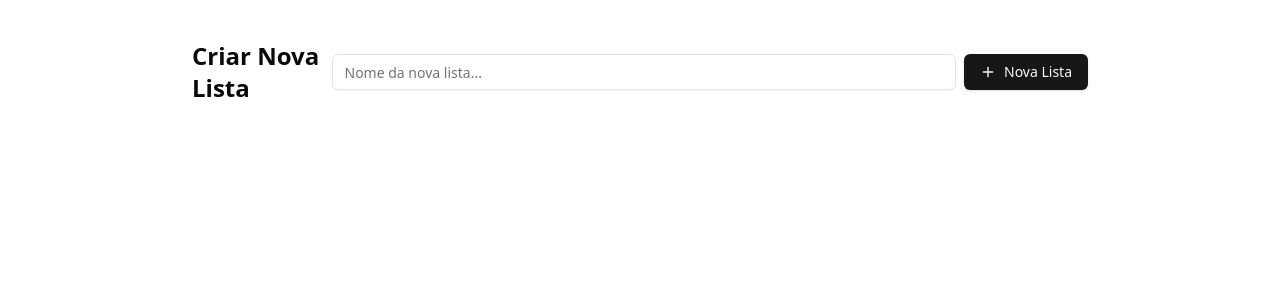
Repository: ribeirosacarlos/ts-frontend
Page: /
An editor plug-in stored every save of this project. The page is shown before and after the next save, followed by the edit.
The browser window is 1280 px wide. The pictures show the whole page.
The page's requests for data from a server got no answer. The project was rebuilt for these pictures with package versions that can differ from the ones it lists, and the page was loaded fresh each time. No one was signed in, and anything a server would have sent is missing. Also part of the build but not shown: vite.config.ts, src/components/ui/checkbox.tsx, src/components/ui/card.tsx.

Above is the page before, as saved 2025-05-15 15:53:18.

### src/App.tsx
import { useEffect, useState } from 'react'
import { Input } from "@/components/ui/input";
import { Button } from "@/components/ui/button";
import { Checkbox } from "@/components/ui/checkbox";
import { Card, CardContent } from "@/components/ui/card";
import { Trash2, Plus } from "lucide-react";

type Task = {
  id: number;
  to_do_list_id: number;
  description: string;
  is_completed: number;
  created_at: string;
  updated_at: string;
}

type TodoList = {
  id: number;
  name: string;
  created_at: string;
  updated_at: string;
  tasks: Task[];
}

function App() {
  const [todoLists, setTodoLists] = useState<TodoList[]>([]);
  const [newTasks, setNewTasks] = useState<{ [key: number]: string }>({});
  const [newListName, setNewListName] = useState("");

  useEffect(() => {
    fetchTodoLists();
  }, []);

  const fetchTodoLists = async () => {
    try {
      const response = await fetch("http://localhost:8080/api/to-do-lists");
      const data = await response.json();
      setTodoLists(data);
    } catch (error) {
      console.error("Erro ao buscar listas:", error);
    }
  };

  const createNewList = async () => {
    if (!newListName.trim()) return;

    try {
      await fetch("http://localhost:8080/api/to-do-lists", {
        method: "POST",
        headers: { "Content-Type": "application/json" },
        body: JSON.stringify({ name: newListName }),
      });
      setNewListName("");
      fetchTodoLists();
    } catch (error) {
      console.error("Erro ao criar lista:", error);
    }
  };

  const deleteList = async (listId: number) => {
    try {
      await fetch(`http://localhost:8080/api/to-do-lists/${listId}`, {
        method: "DELETE",
      });
      fetchTodoLists();
    } catch (error) {
      console.error("Erro ao excluir lista:", error);
    }
  };

  const createTask = async (listId: number) => {
    const taskDescription = newTasks[listId];
    if (!taskDescription?.trim()) return;

    try {
      await fetch("http://localhost:8080/api/tasks", {
        method: "POST",
        headers: { "Content-Type": "application/json" },
        body: JSON.stringify({
          description: taskDescription,
          to_do_list_id: listId
        }),
      });
      setNewTasks(prev => ({ ...prev, [listId]: "" }));
      fetchTodoLists();
    } catch (error) {
      console.error("Erro ao criar tarefa:", error);
    }
  };

  const toggleTask = async (task: Task) => {
    try {
      await fetch(`http://localhost:3333/tasks/${task.id}`, {
        method: "PUT",
        headers: { "Content-Type": "application/json" },
        body: JSON.stringify({
          is_completed: task.is_completed ? 0 : 1,
        }),
      });
      fetchTodoLists();
    } catch (error) {
      console.error("Erro ao atualizar tarefa:", error);
    }
  };

  const deleteTask = async (taskId: number) => {
    try {
      await fetch(`http://localhost:8080/api/tasks/${taskId}`, {
        method: "DELETE",
      });
      fetchTodoLists();
    } catch (error) {
      console.error("Erro ao excluir tarefa:", error);
    }
  };

  return (
    <div className="max-w-4xl mx-auto mt-10 space-y-8">
      <div className="flex gap-2 mb-8 items-center justify-between">
        <h2 className="text-2xl font-bold w-100">Criar Nova Lista</h2>
        <Input
          placeholder="Nome da nova lista..."
          value={newListName}
          onChange={(e: React.ChangeEvent<HTMLInputElement>) => setNewListName(e.target.value)}
          onKeyDown={(e: React.KeyboardEvent<HTMLInputElement>) => {
            if (e.key === "Enter") createNewList();
          }}
        />
        <Button onClick={createNewList} className="flex items-center gap-2">
          <Plus className="h-4 w-4" />
          Nova Lista
        </Button>
      </div>

      {todoLists.map((list) => (
        <div key={list.id} className="space-y-4">
          <div className="flex items-center justify-between">
            <h2 className="text-2xl font-bold">{list.name}</h2>
            <Button
              variant="ghost"
              size="icon"
              className="h-8 w-8"
              onClick={() => deleteList(list.id)}
            >
              <Trash2 className="h-4 w-4" />
            </Button>
          </div>

          <div className="flex gap-2">
            <Input
              placeholder="Digite uma nova tarefa..."
              value={newTasks[list.id] || ""}
              onChange={(e: React.ChangeEvent<HTMLInputElement>) =>
                setNewTasks(prev => ({ ...prev, [list.id]: e.target.value }))
              }
              onKeyDown={(e: React.KeyboardEvent<HTMLInputElement>) => {
                if (e.key === "Enter") createTask(list.id);
              }}
            />
            <Button onClick={() => createTask(list.id)}>Adicionar</Button>
          </div>

          <div className="space-y-2">
            {list.tasks.map((task) => (
              <Card key={task.id}>
                <CardContent className="flex items-center justify-between p-4">
                  <div className="flex items-center gap-2">
                    <Checkbox
                      checked={task.is_completed === 1}
                      onCheckedChange={() => toggleTask(task)}
                    />
                    <span
                      className={`${
                        task.is_completed === 1 ? "line-through text-gray-400" : ""
                      }`}
                    >
                      {task.description}
                    </span>
                  </div>
                  <Button
                    variant="ghost"
                    size="icon"
                    className="h-8 w-8"
                    onClick={() => deleteTask(task.id)}
                  >
                    <Trash2 className="h-4 w-4" />
                  </Button>
                </CardContent>
              </Card>
            ))}
          </div>
        </div>
      ))}
    </div>
  );
}

export default App

### src/components/ui/input.tsx
import * as React from "react"

import { cn } from "@/lib/utils"

const Input = React.forwardRef<HTMLInputElement, React.ComponentProps<"input">>(
  ({ className, type, ...props }, ref) => {
    return (
      <input
        type={type}
        className={cn(
          "flex h-9 w-full rounded-md border border-input bg-transparent px-3 py-1 text-base shadow-sm transition-colors file:border-0 file:bg-transparent file:text-sm file:font-medium file:text-foreground placeholder:text-muted-foreground focus-visible:outline-none focus-visible:ring-1 focus-visible:ring-ring disabled:cursor-not-allowed disabled:opacity-50 md:text-sm",
          className
        )}
        ref={ref}
        {...props}
      />
    )
  }
)
Input.displayName = "Input"

export { Input }

### src/components/ui/button.tsx
import * as React from "react"
import { Slot } from "@radix-ui/react-slot"
import { cva, type VariantProps } from "class-variance-authority"

import { cn } from "@/lib/utils"

const buttonVariants = cva(
  "inline-flex items-center justify-center gap-2 whitespace-nowrap rounded-md text-sm font-medium transition-colors focus-visible:outline-none focus-visible:ring-1 focus-visible:ring-ring disabled:pointer-events-none disabled:opacity-50 [&_svg]:pointer-events-none [&_svg]:size-4 [&_svg]:shrink-0",
  {
    variants: {
      variant: {
        default:
          "bg-primary text-primary-foreground shadow hover:bg-primary/90",
        destructive:
          "bg-destructive text-destructive-foreground shadow-sm hover:bg-destructive/90",
        outline:
          "border border-input bg-background shadow-sm hover:bg-accent hover:text-accent-foreground",
        secondary:
          "bg-secondary text-secondary-foreground shadow-sm hover:bg-secondary/80",
        ghost: "hover:bg-accent hover:text-accent-foreground",
        link: "text-primary underline-offset-4 hover:underline",
      },
      size: {
        default: "h-9 px-4 py-2",
        sm: "h-8 rounded-md px-3 text-xs",
        lg: "h-10 rounded-md px-8",
        icon: "h-9 w-9",
      },
    },
    defaultVariants: {
      variant: "default",
      size: "default",
    },
  }
)

export interface ButtonProps
  extends React.ButtonHTMLAttributes<HTMLButtonElement>,
    VariantProps<typeof buttonVariants> {
  asChild?: boolean
}

const Button = React.forwardRef<HTMLButtonElement, ButtonProps>(
  ({ className, variant, size, asChild = false, ...props }, ref) => {
    const Comp = asChild ? Slot : "button"
    return (
      <Comp
        className={cn(buttonVariants({ variant, size, className }))}
        ref={ref}
        {...props}
      />
    )
  }
)
Button.displayName = "Button"

export { Button, buttonVariants }

Loaded but not shown: index.html (common file); src/main.tsx (common file); src/index.css (common file); src/lib/utils.ts (common file); tailwind.config.js (common file)

After the next save:
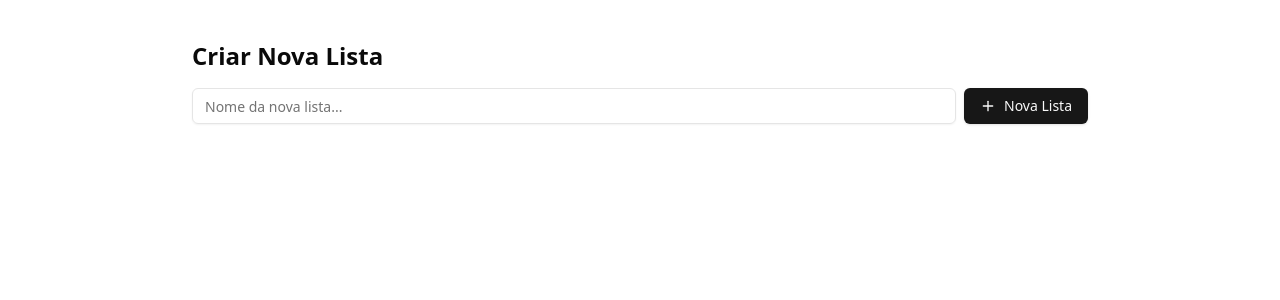
Saved 21 s later.
--- a/src/App.tsx
+++ b/src/App.tsx
@@ -116,20 +116,22 @@ function App() {
 
   return (
     <div className="max-w-4xl mx-auto mt-10 space-y-8">
-      <div className="flex gap-2 mb-8 items-center justify-between">
-        <h2 className="text-2xl font-bold w-100">Criar Nova Lista</h2>
-        <Input
-          placeholder="Nome da nova lista..."
-          value={newListName}
-          onChange={(e: React.ChangeEvent<HTMLInputElement>) => setNewListName(e.target.value)}
-          onKeyDown={(e: React.KeyboardEvent<HTMLInputElement>) => {
-            if (e.key === "Enter") createNewList();
-          }}
-        />
-        <Button onClick={createNewList} className="flex items-center gap-2">
-          <Plus className="h-4 w-4" />
-          Nova Lista
-        </Button>
+      <div className="space-y-4 mb-8">
+        <h2 className="text-2xl font-bold">Criar Nova Lista</h2>
+        <div className="flex gap-2">
+          <Input
+            placeholder="Nome da nova lista..."
+            value={newListName}
+            onChange={(e: React.ChangeEvent<HTMLInputElement>) => setNewListName(e.target.value)}
+            onKeyDown={(e: React.KeyboardEvent<HTMLInputElement>) => {
+              if (e.key === "Enter") createNewList();
+            }}
+          />
+          <Button onClick={createNewList} className="flex items-center gap-2">
+            <Plus className="h-4 w-4" />
+            Nova Lista
+          </Button>
+        </div>
       </div>
 
       {todoLists.map((list) => (
